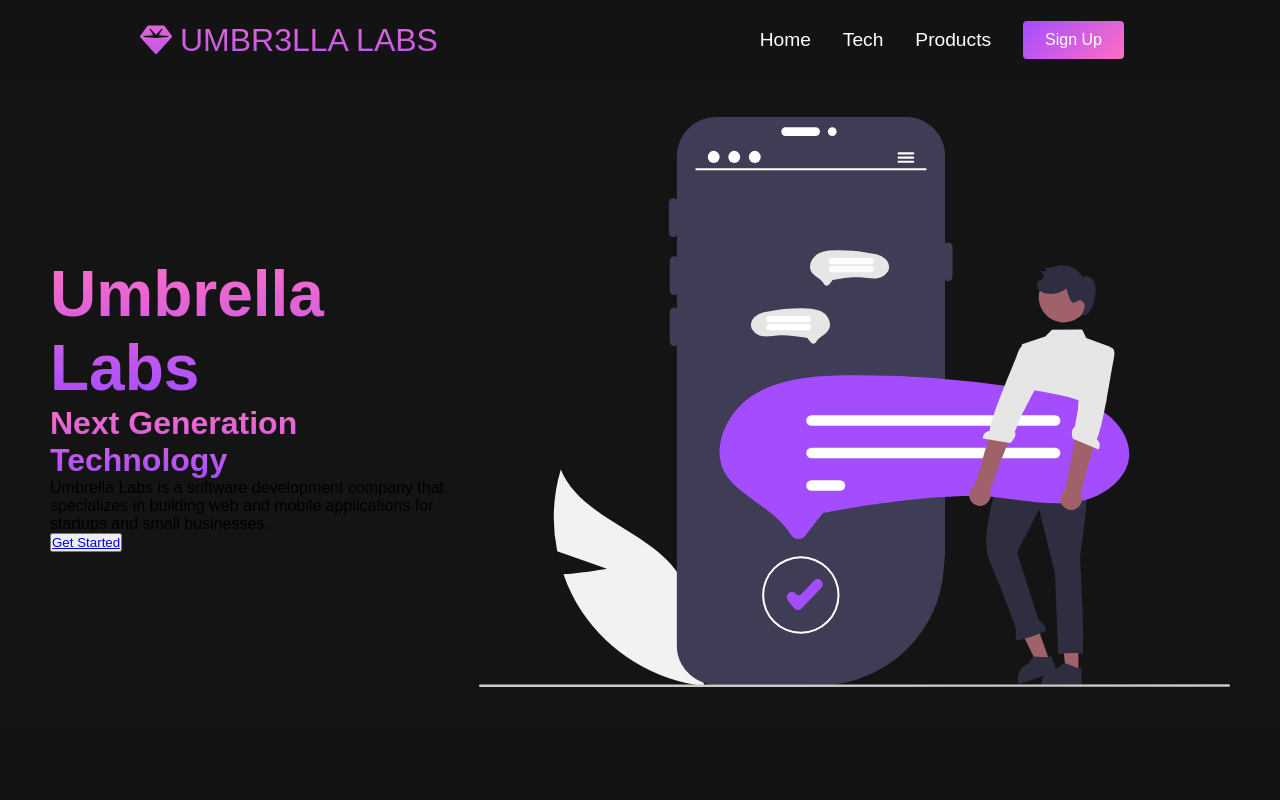
Repository: MikeeBuilds/umbr3lla
Page: index.html
An editor plug-in stored every save of this project. The page is shown before and after the next save, followed by the edit.
The browser window is 1280 px wide. The pictures show the whole page.
Some web libraries are served in a nearby version.

Above is the page before, as saved 2023-05-27 19:39:13.

After the next save:
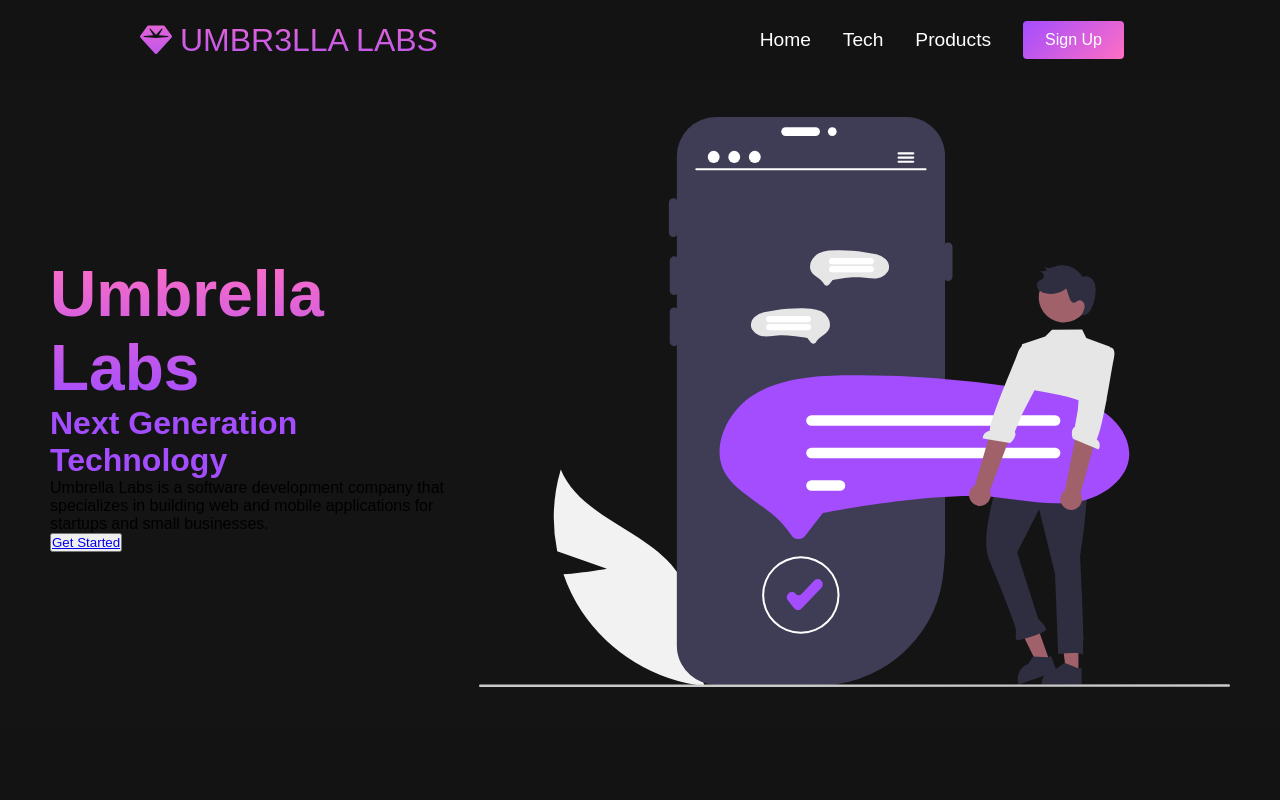
Saved 42 s later.
--- a/styles.css
+++ b/styles.css
@@ -246,7 +246,7 @@
 .main__content h2 {
     font-size: 2rem;
     background-color: #a34dff;
-    background-image: linear-gradient(to top,  #a34dff, #ff6ec4);
+    background-image: linear-gradient(to top,  #, #ff6ec4);
     background-size: 100%;
     -webkit-background-clip: text;
     -moz-background-clip: text;
